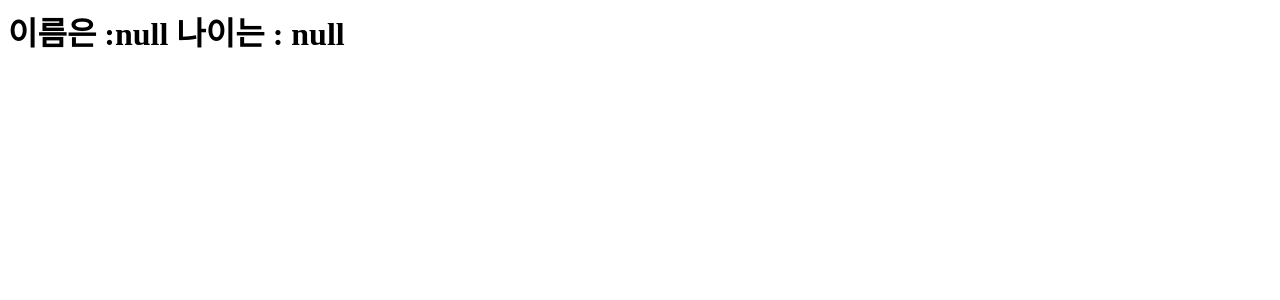
Repository: Munchurwoo/javaWeb_basicCode
Page: http://localhost/firstweb/Param
These files come from the project's save history. The page is drawn as it stood at one moment and after a run of saves; the edit follows.
The browser window is 1280 px wide. The pictures show the whole page.
The page is served by Tomcat 9.

Above is the page before, as saved 2019-01-15 21:16:42.

After the next 2 saves:
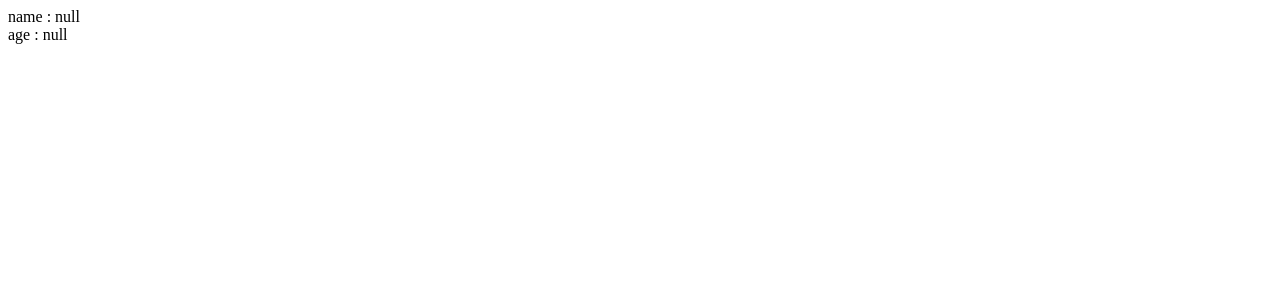
The 2 saves are shown as one change because 1 did not build or start.
The last was saved 105 s later.
--- a/firstweb/src/examples/ParameterServlet.java
+++ b/firstweb/src/examples/ParameterServlet.java
@@ -38,10 +38,12 @@
 		out.println("<head><title>form</title></head>");
 		out.println("<body>");
 
-
 		String name = request.getParameter("name");
 		String age = request.getParameter("age");
-		out.println("<h1>이름은 :"+name+" 나이는 : "+age+"</h1>");
+
+		out.println("name : " + name + "<br>");
+		out.println("age : " +age + "<br>");
+
 		out.println("</body>");
 		out.println("</html>");
 	}

After the 2 saves that followed:
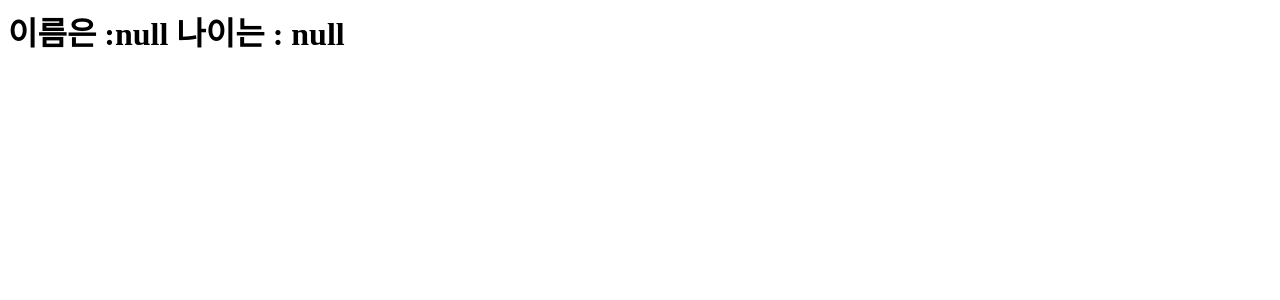
The 2 saves are shown as one change because 1 left the picture as it was.
The last was saved 2 min 59 s later.
--- a/firstweb/src/examples/ParameterServlet.java
+++ b/firstweb/src/examples/ParameterServlet.java
@@ -33,19 +33,10 @@
 		request.setCharacterEncoding("utf-8");
 
 		PrintWriter out = response.getWriter();
-
-		out.println("<html>");
-		out.println("<head><title>form</title></head>");
-		out.println("<body>");
-
 		String name = request.getParameter("name");
 		String age = request.getParameter("age");
+		out.println("<h1>이름은 :"+name+" 나이는 : "+age+"</h1>");
 
-		out.println("name : " + name + "<br>");
-		out.println("age : " +age + "<br>");
-
-		out.println("</body>");
-		out.println("</html>");
 	}
 
 	/**
